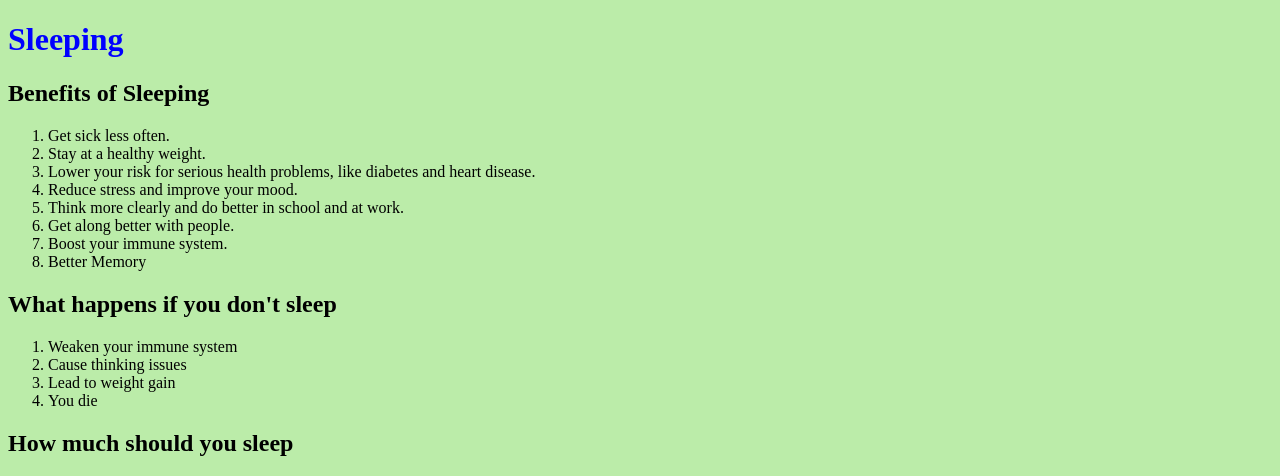
Repository: Darrenyyds/class1
Page: Myhobbies.html
These files come from the project's save history. The page is drawn as it stood at one moment and after the next save; the edit follows.
The browser window is 1280 px wide. The pictures show the part of the page from y = 0 to 476 px (the page is 1126 px tall).
Pictures or frames that could not be fetched are drawn as grey boxes.

Above is the page before, as saved 2023-02-04 15:12:32.

### Myhobbies.html
<!DOCTYPE html>
<html lang="en">
  <head>
    <title>My Hobbies</title>
    <meta charset="UTF-8" />
    <meta name="viewport" content="width=device-width, initial-scale=1" />
    <link href="Myhobbies.css" rel="stylesheet" />
  </head>
  <body>
    <h1>Sleeping</h1>
    <h2>Benefits of Sleeping</h2>
    <ol>
      <li>Get sick less often.</li>
      <li>Stay at a healthy weight.</li>
      <li>
        Lower your risk for serious health problems, like diabetes and heart
        disease.
      </li>
      <li>Reduce stress and improve your mood.</li>
      <li>Think more clearly and do better in school and at work.</li>
      <li>Get along better with people.</li>
      <li>Boost your immune system.</li>
      <li>Better Memory</li>
    </ol>
    <h2>What happens if you don't sleep</h2>
    <ol>
      <li>Weaken your immune system</li>
      <li>Cause thinking issues</li>
      <li>Lead to weight gain</li>
      <li>You die</li>
    </ol>
    <h2>How much should you sleep</h2>
    <div class="graph">
      <div class="graph-shadow"></div>
    </div>
    <p>
      The graph is self-explanatory, if you still can't understand it, please
      contact a mental doctor
    </p>
  </body>
</html>

### Myhobbies.css
Body {
  background-color: rgb(187, 236, 169);
}
.graph {
  background-image: url(https://www.sleepdr.com/wp-content/uploads/2016/11/Sleep-Duration-Guidelines.png);
  width: 80%;
  height: 600px;
  background-repeat: no-repeat;
  background-size: contain;
  z-index: 1;
}

.graph-shadow {
  position: relative;
  z-index: 2;
  width: 68%;
  height: 100%;
  background-color: rgba(204, 228, 160, 0.3);
}

h1 {
  color: blue;
}
p {
  color: rgb(120, 184, 241);
}

0l {
  p {
    color: rgb(120, 184, 241);
  }
}

After the next save:
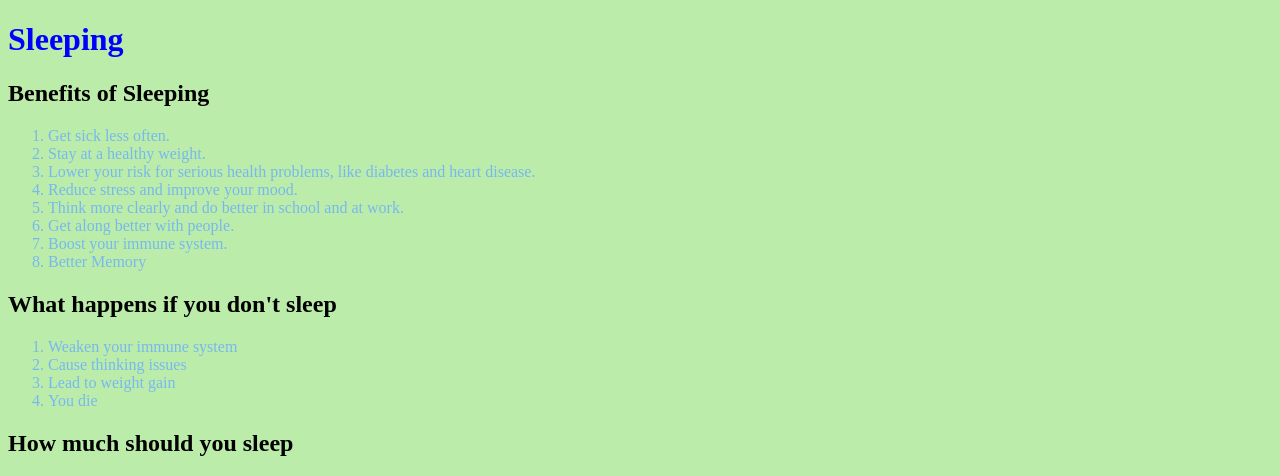
Saved 7 s later.
--- a/Myhobbies.css
+++ b/Myhobbies.css
@@ -25,8 +25,6 @@ p {
   color: rgb(120, 184, 241);
 }
 
-0l {
-  p {
-    color: rgb(120, 184, 241);
-  }
+ol {
+  color: rgb(120, 184, 241);
 }
